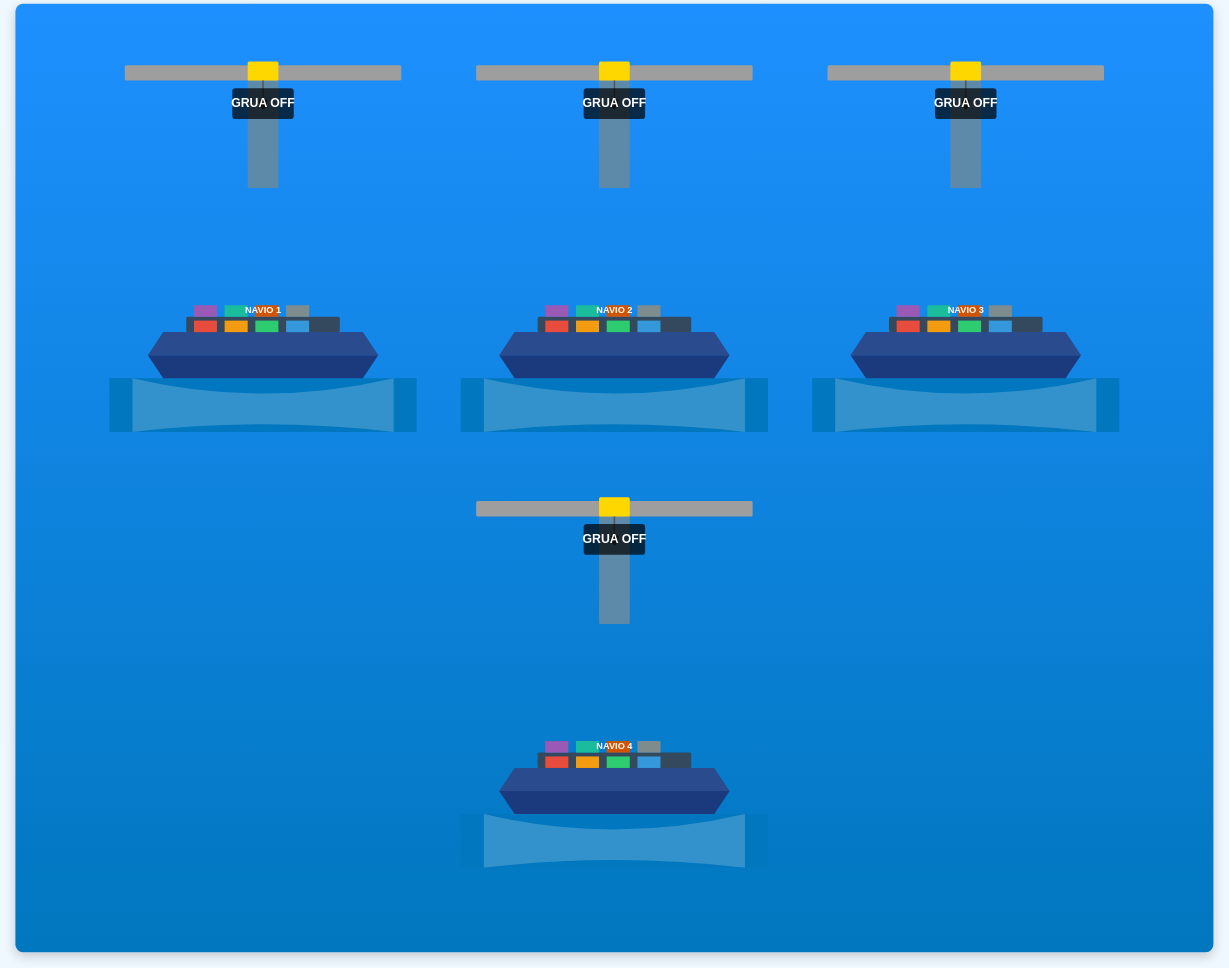
Repository: kaquepa/Grafana-Porto-v1.0
Page: frontend/templates/index.html
The author's editor kept a copy of each file at every save. The page is drawn from the files as they stood at one save, then again after the next save.
The browser window is 1280 px wide. The pictures show the part of the page from y = 376 to 1384 px (the page is 1384 px tall), at 96% of full size.
The page's requests for data from a server got no answer.

Above is the page before, as saved 2025-09-23 21:31:49.

After the next save:
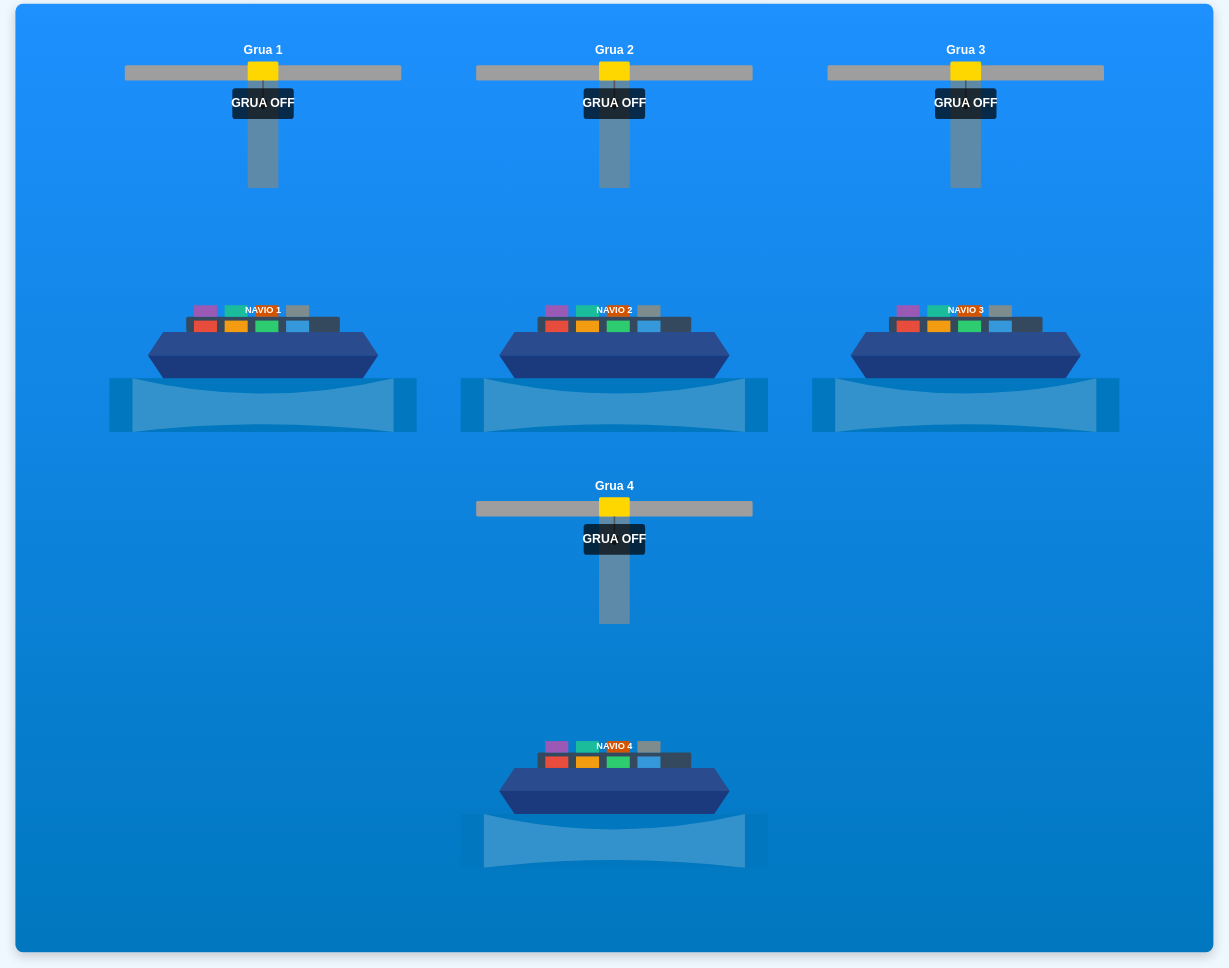
Saved 43 s later.
--- a/frontend/static/script.js
+++ b/frontend/static/script.js
@@ -46,7 +46,9 @@ document.addEventListener('DOMContentLoaded', () => {
     return `
       <div class="grua-container" style="position:relative; margin-bottom: 10px;">
         <svg width="${width}" height="${height}" viewBox="0 0 400 250" xmlns="http://www.w3.org/2000/svg" style="max-width:100%; height:auto;">
-
+          <text x="200" y="25" text-anchor="middle" font-size="${Math.max(12,16*scale)}" fill="white" font-weight="bold">
+          Grua ${index + 1}
+        </text>
           <!-- Estrutura da grua -->
           <rect x="180" y="50" width="40" height="150" fill="#5D8AA8" rx="2" />
           <rect x="170" y="40" width="60" height="10" fill="#4A708B" rx="2" />
